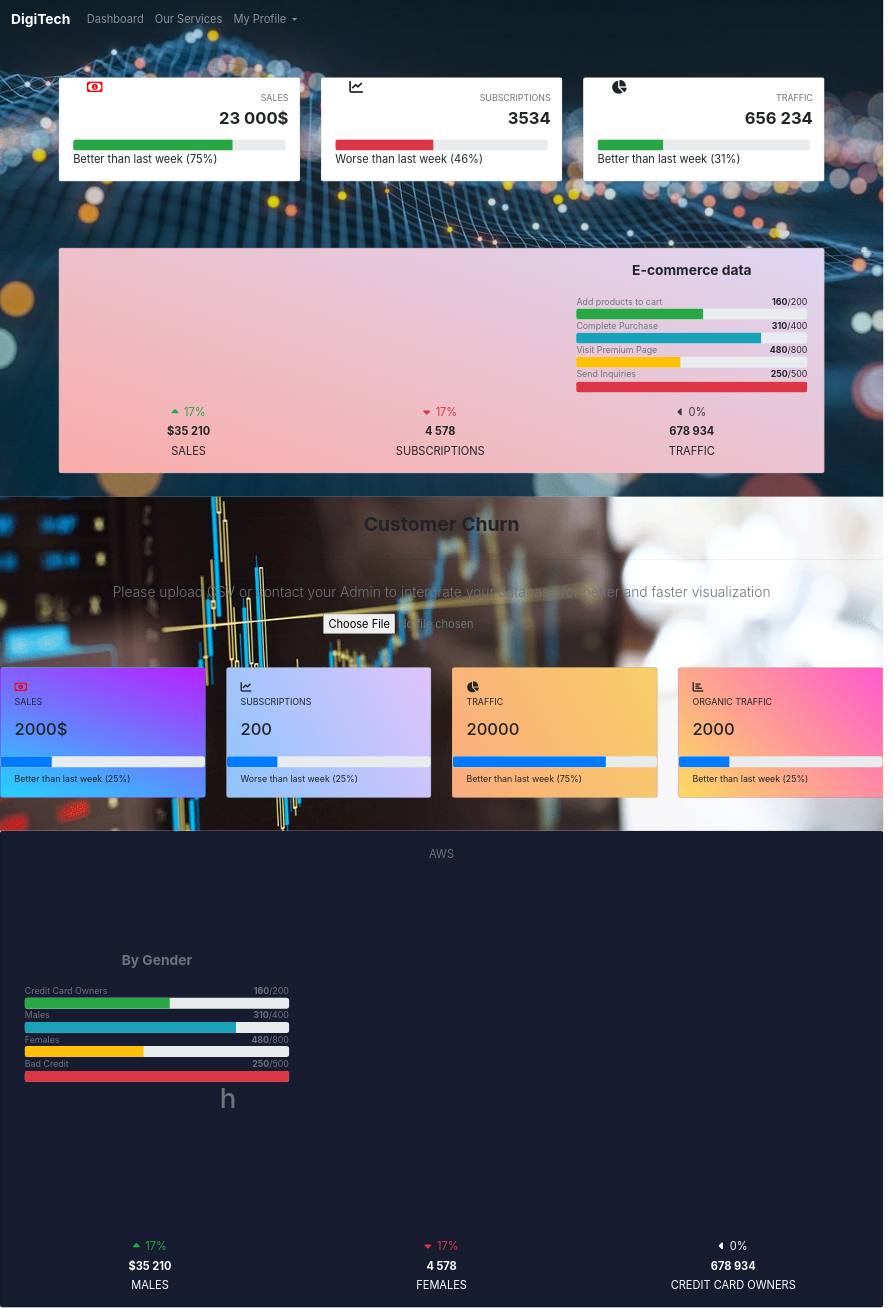
Repository: Tookliin/DigiTech
Page: /data
The author's editor kept a copy of each file at every save. The page is drawn from the files as they stood at one save, then again after the next save.
The browser window is 1280 px wide. The page is 1295 px wide, so the pictures cover 1295 px, including what lies to the right of the window. The pictures show the whole page, at 69% of full size.
The project was rebuilt for these pictures with package versions that can differ from the ones it lists, and the page was loaded fresh each time. Also part of the build but not shown: src/components/Dashboard.vue, src/components/Profile.vue, src/components/Error.vue, src/components/Register.vue.

Above is the page before, as saved 2020-07-22 08:47:04.

After the next save:
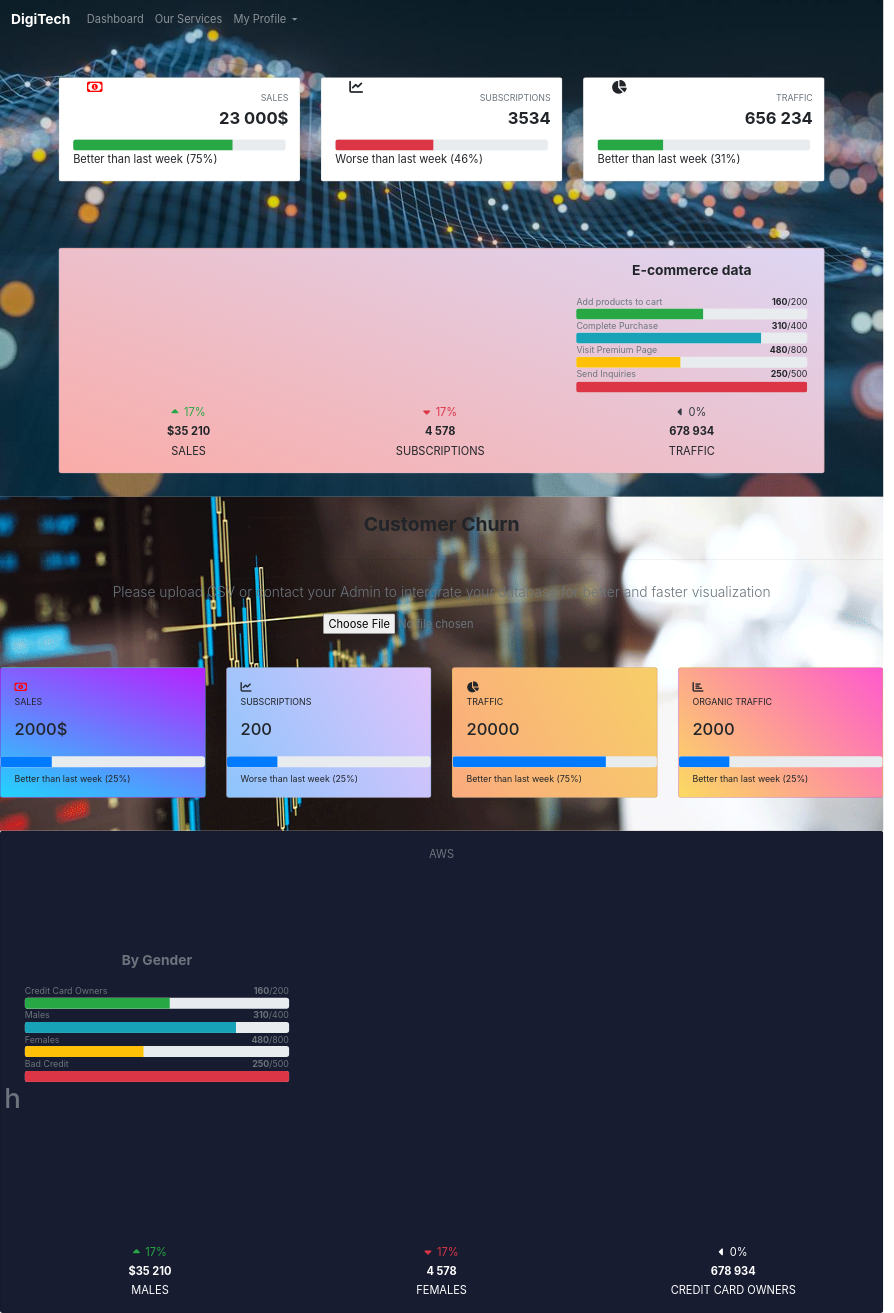
Saved 14 s later.
--- a/src/components/Organization.vue
+++ b/src/components/Organization.vue
@@ -264,7 +264,7 @@
           </div>
 
 
-          <div class="col-md-6 mb-4">
+          <div class="row">
               <h1>h</h1>
             </div>
                 </div>
